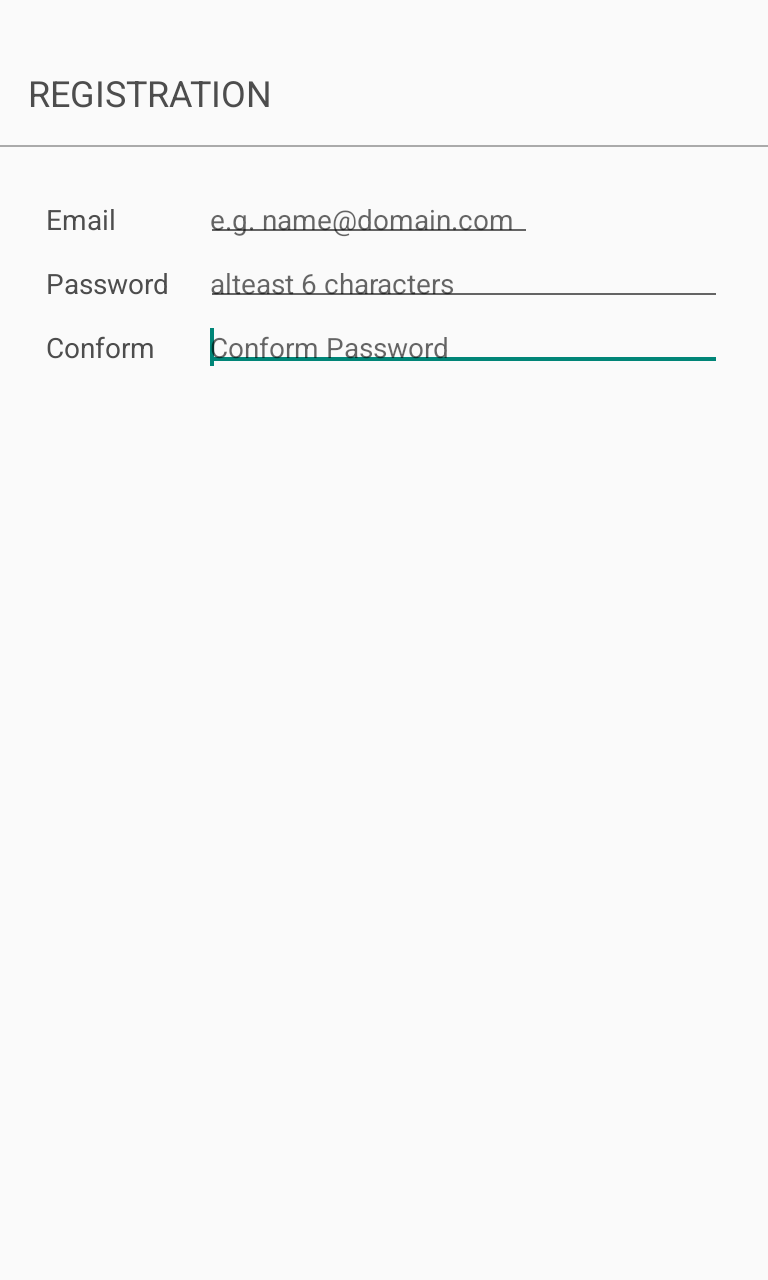
Repository: lMayuraDevani/BrentBrown
Layout: BrentBrown/res/layout/register.xml
An editor plug-in stored every save of this project. The layout is shown before and after the next save, followed by the edit.
It is drawn on a 768 x 1280 px phone screen (xhdpi) without system bars, with theme AppTheme; the app's code is not run.

Above is the layout before, as saved 2014-11-12 09:30:33.

After the next save:
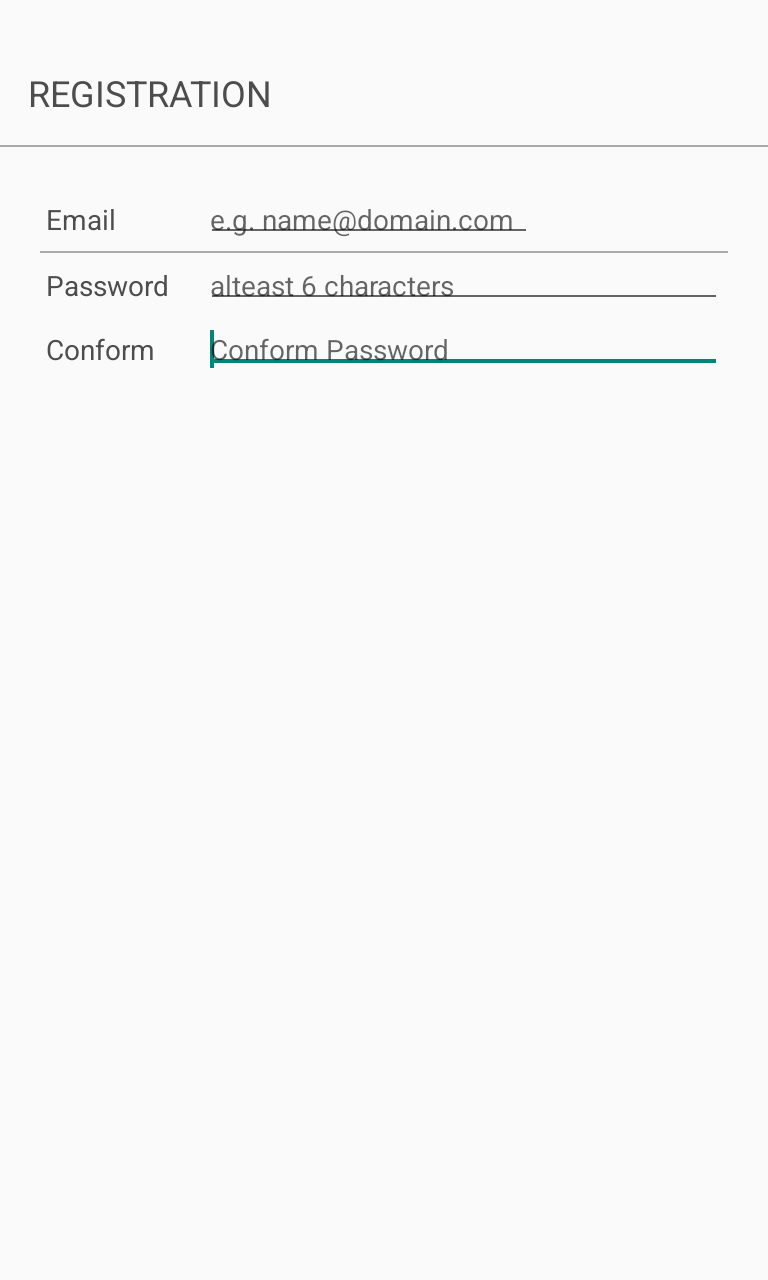
Saved 36 s later.
--- a/BrentBrown/res/layout/register.xml
+++ b/BrentBrown/res/layout/register.xml
@@ -57,6 +57,12 @@
                     <requestFocus />
                 </EditText>
             </LinearLayout>
+
+       <View
+	   android:layout_width="fill_parent"
+	   android:layout_height="1dp"
+	   android:padding="1dp"
+	   android:background="@android:color/darker_gray" />
 
       <LinearLayout
                 android:layout_width="fill_parent"
